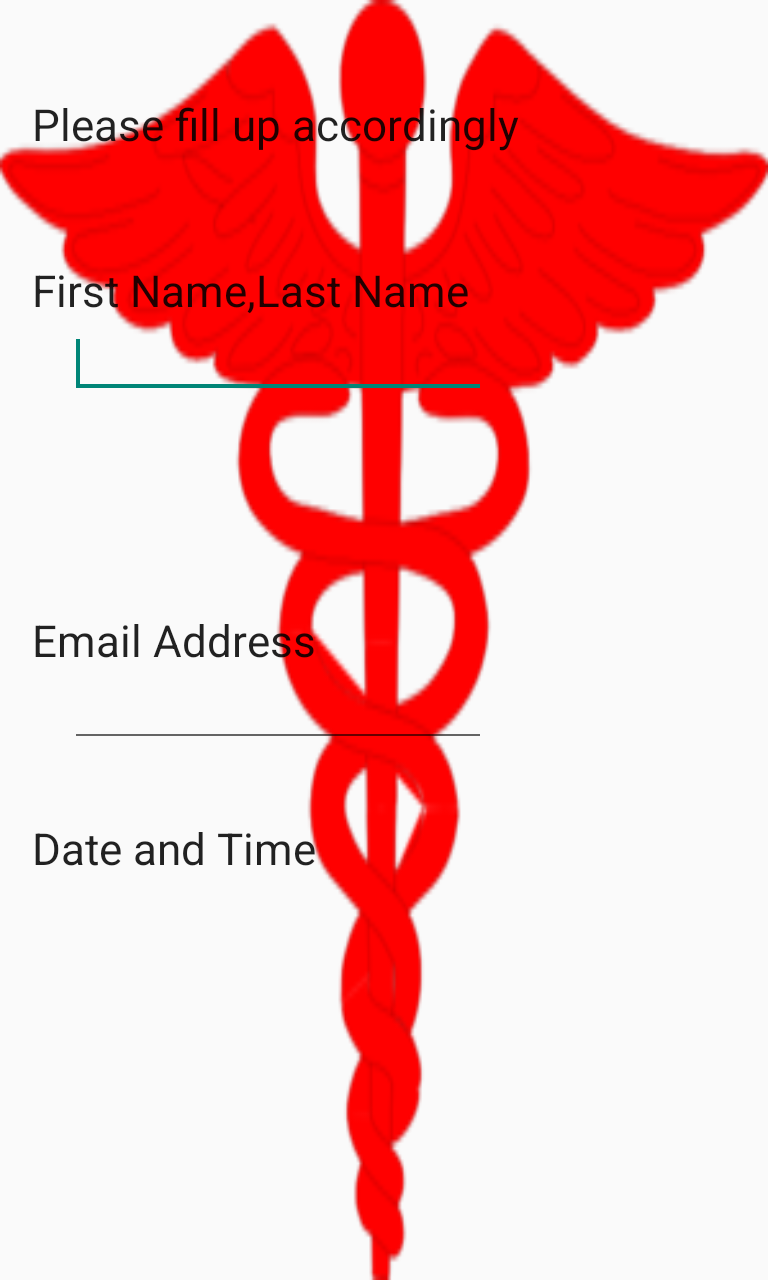
Repository: nave29/sem_1
Layout: VERSION_0.0/sem1_gica/res/layout/activity_appointmentfillupform.xml
The author's editor kept a copy of each file at every save. The layout is drawn from the files as they stood at one save, then again after the next save.
It is drawn on a 768 x 1280 px phone screen (xhdpi) without system bars, with theme AppTheme; the app's code is not run.

Above is the layout before, as saved 2014-09-08 10:56:32.

After the next save:
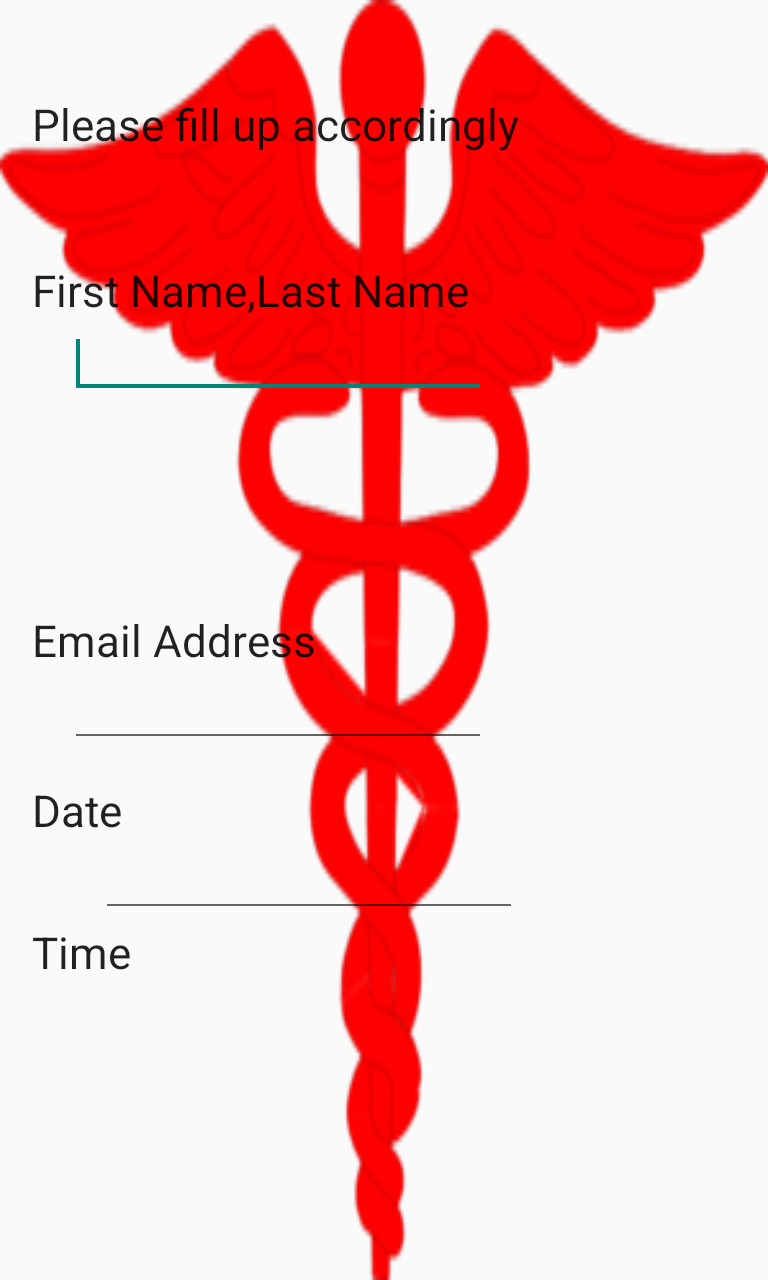
Saved 71 s later.
--- a/VERSION_0.0/sem1_gica/res/layout/activity_appointmentfillupform.xml
+++ b/VERSION_0.0/sem1_gica/res/layout/activity_appointmentfillupform.xml
@@ -60,14 +60,32 @@
         android:ems="10"
         android:inputType="textEmailAddress" />
 
+    <EditText
+        android:id="@+id/editText3"
+        android:layout_width="wrap_content"
+        android:layout_height="wrap_content"
+        android:layout_alignRight="@+id/textView2"
+        android:layout_below="@+id/textView4"
+        android:ems="10"
+        android:inputType="date" />
+
     <TextView
         android:id="@+id/textView4"
         android:layout_width="wrap_content"
         android:layout_height="wrap_content"
         android:layout_alignLeft="@+id/textView3"
         android:layout_below="@+id/editText2"
-        android:layout_marginTop="33dp"
-        android:text="Date and Time"
+        android:layout_marginTop="14dp"
+        android:text="Date"
+        android:textAppearance="?android:attr/textAppearanceLarge" />
+
+    <TextView
+        android:id="@+id/textView5"
+        android:layout_width="wrap_content"
+        android:layout_height="wrap_content"
+        android:layout_alignParentLeft="true"
+        android:layout_below="@+id/editText3"
+        android:text="Time"
         android:textAppearance="?android:attr/textAppearanceLarge" />
 
 </RelativeLayout>
